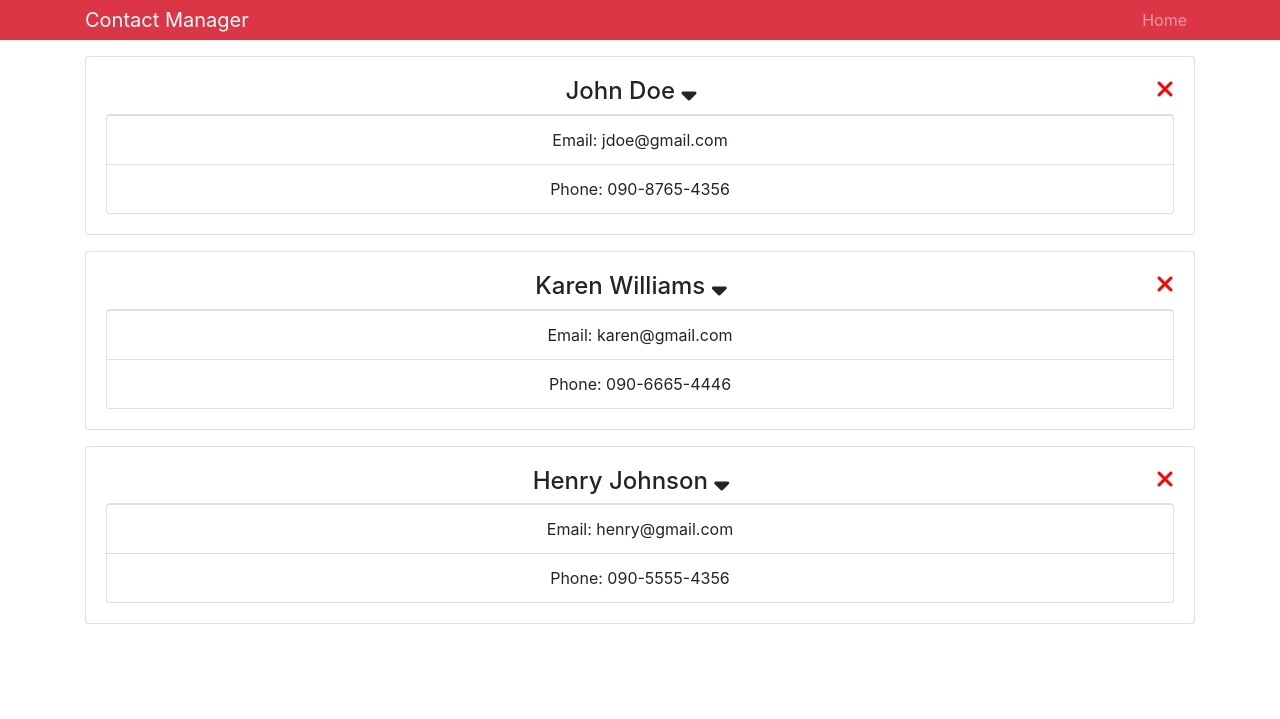
Repository: IkennaU/contactmanager
Page: /test
An editor plug-in stored every save of this project. The page is shown before and after the next save, followed by the edit.
The browser window is 1280 px wide. The pictures show the whole page.
Some web libraries are served in a nearby version. The project was rebuilt for these pictures with package versions that can differ from the ones it lists, and the page was loaded fresh each time.

Above is the page before, as saved 2020-07-22 00:02:30.

After the next save:
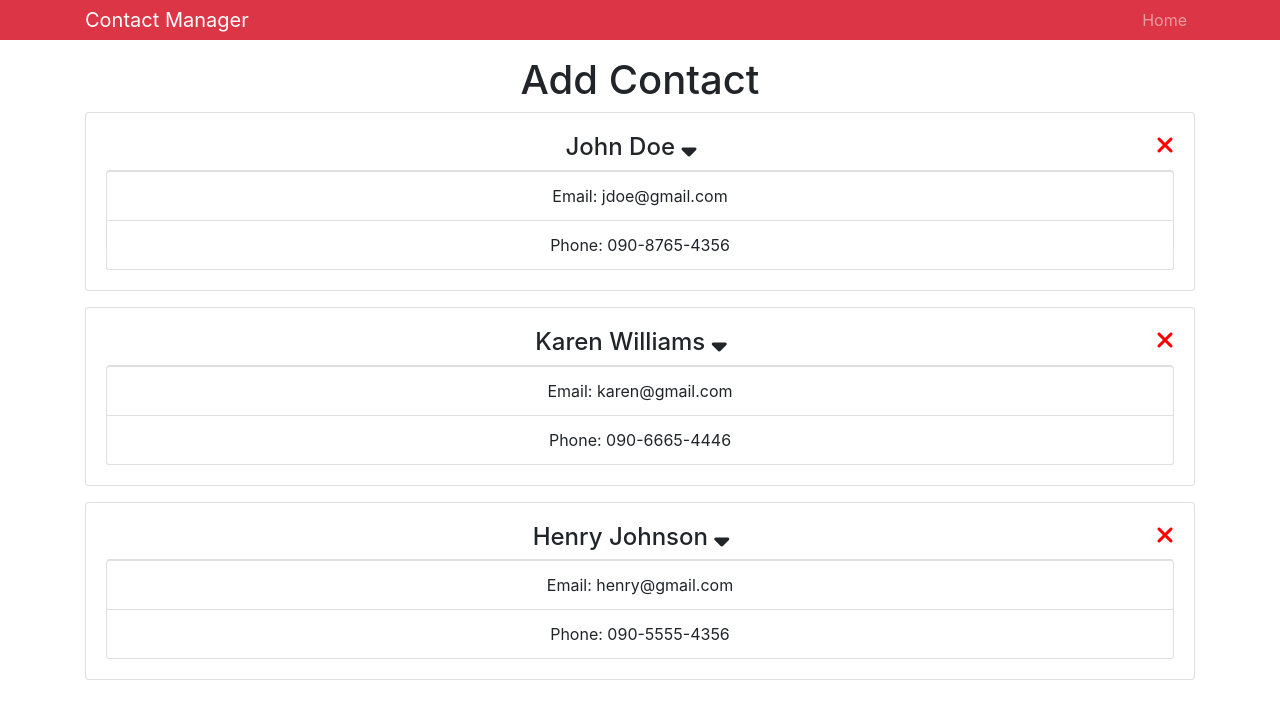
Saved 33 s later.
--- a/src/App.js
+++ b/src/App.js
@@ -13,6 +13,7 @@ function App() {
       <div className="App">
         <Header branding="Contact Manager" />
         <div className="container">
+          <AddContact />
           <Contacts />
         </div>
       </div>
